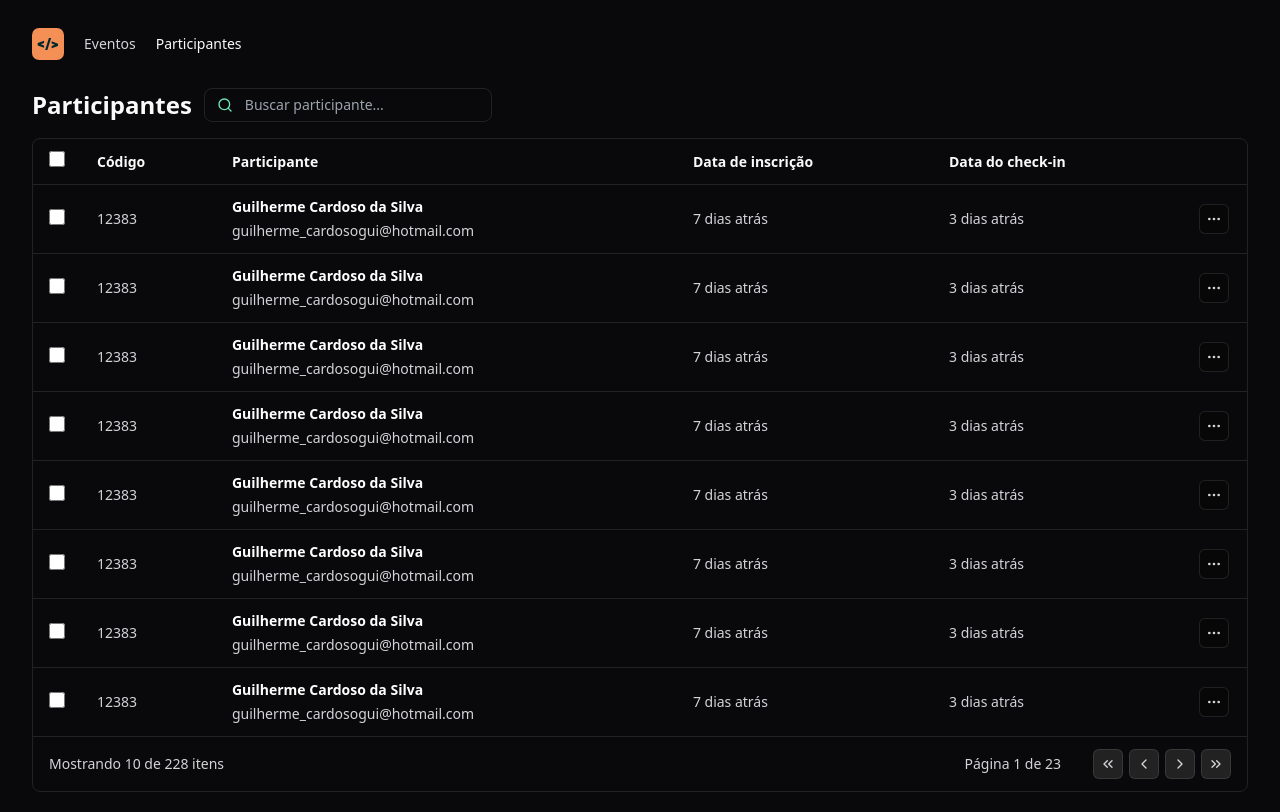
Repository: guilhermecardoso93/nlw-unite-react-2024
Page: /
These files come from the project's save history. The page is drawn as it stood at one moment and after the next save; the edit follows.
The browser window is 1280 px wide. The pictures show the whole page.
The project was rebuilt for these pictures with package versions that can differ from the ones it lists, and the page was loaded fresh each time. Also part of the build but not shown: vite.config.ts.

Above is the page before, as saved 2024-04-01 22:14:36.

After the next save:
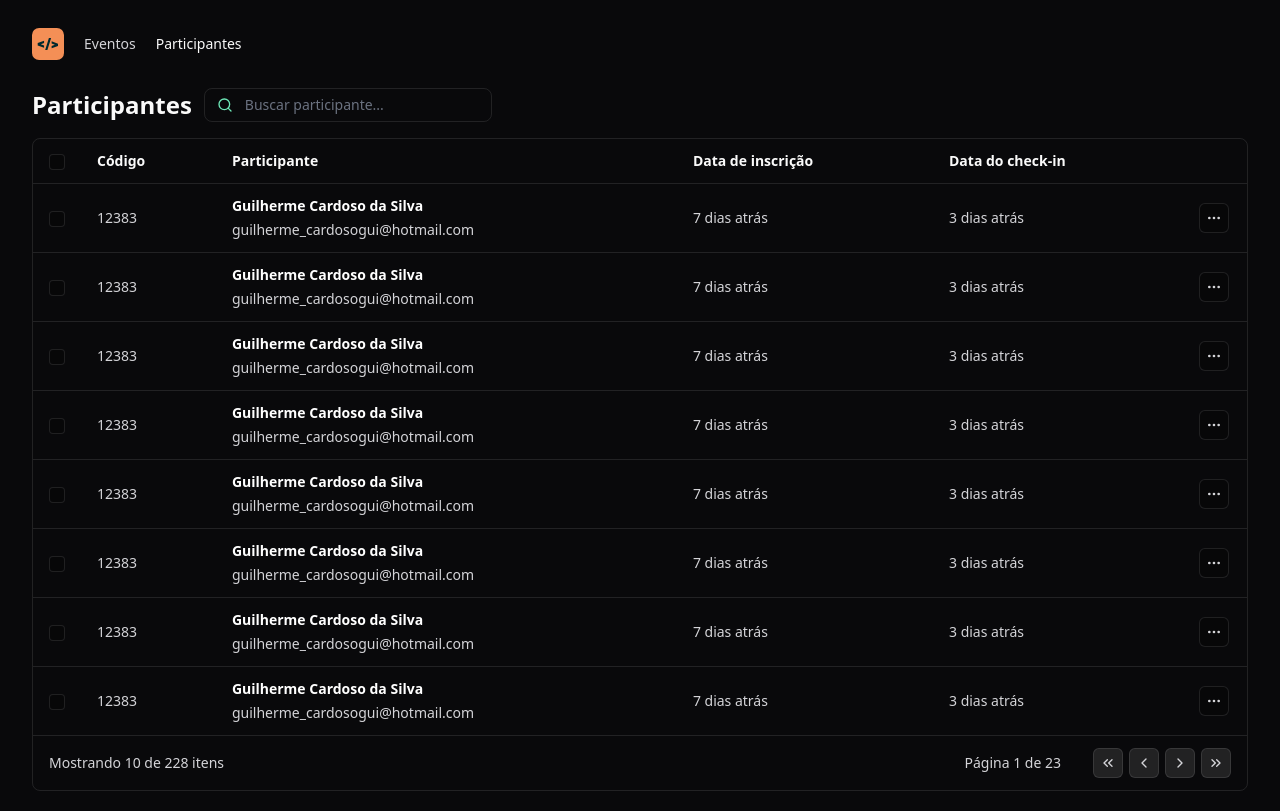
Saved 5 s later.
--- a/tailwind.config.js
+++ b/tailwind.config.js
@@ -8,6 +8,6 @@ export default {
     extend: {},
   },
   plugins: [
-    //require('@tailwindcss/forms')
+    require('@tailwindcss/forms')
   ],
 }
